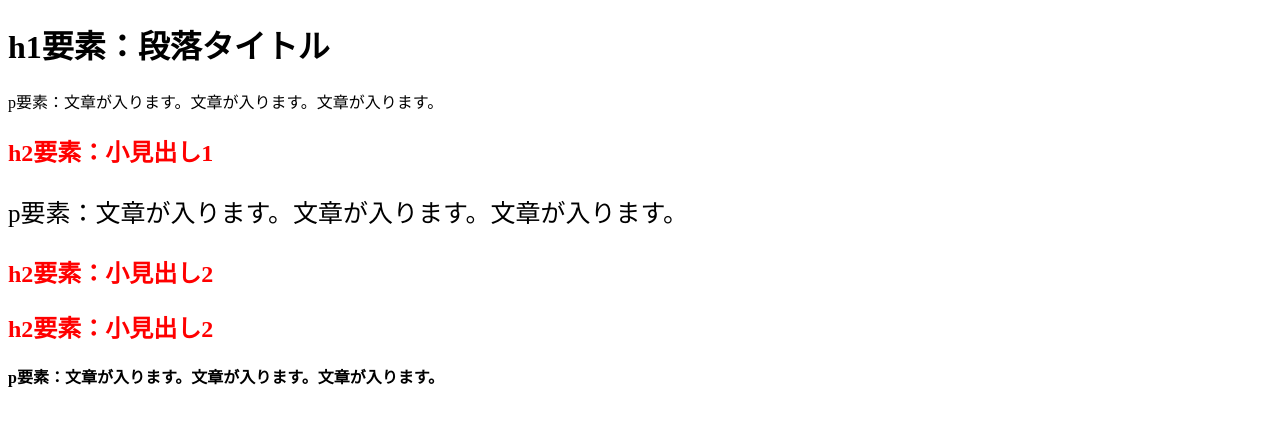
Repository: Miya0223/samurai_HTML-CSS
Page: index.html
The author's editor kept a record of every edit. The page is drawn from the files as they stood at one moment, then again after the next edit.
The browser window is 1280 px wide. The pictures show the whole page.

Above is the page before.

After the next edit:
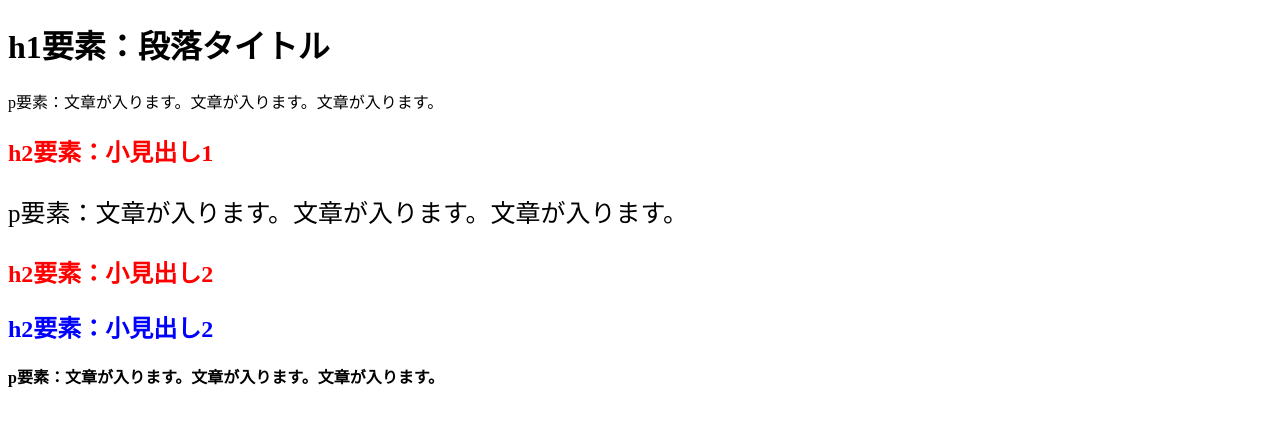
The edit:
--- a/index.html
+++ b/index.html
@@ -7,8 +7,8 @@
       h2 {
         color: red;
       }
-      #red {
-        color: red;
+      #blue {
+        color: blue;
       }
     </style>
   </head>
@@ -20,7 +20,7 @@
       p要素：文章が入ります。文章が入ります。文章が入ります。
     </p>
     <h2>h2要素：小見出し2</h2>
-    <h2 id="red">h2要素：小見出し2</h2>
+    <h2 id="blue">h2要素：小見出し2</h2>
     <p style="font-weight: bold;">
       p要素：文章が入ります。文章が入ります。文章が入ります。
     </p>
